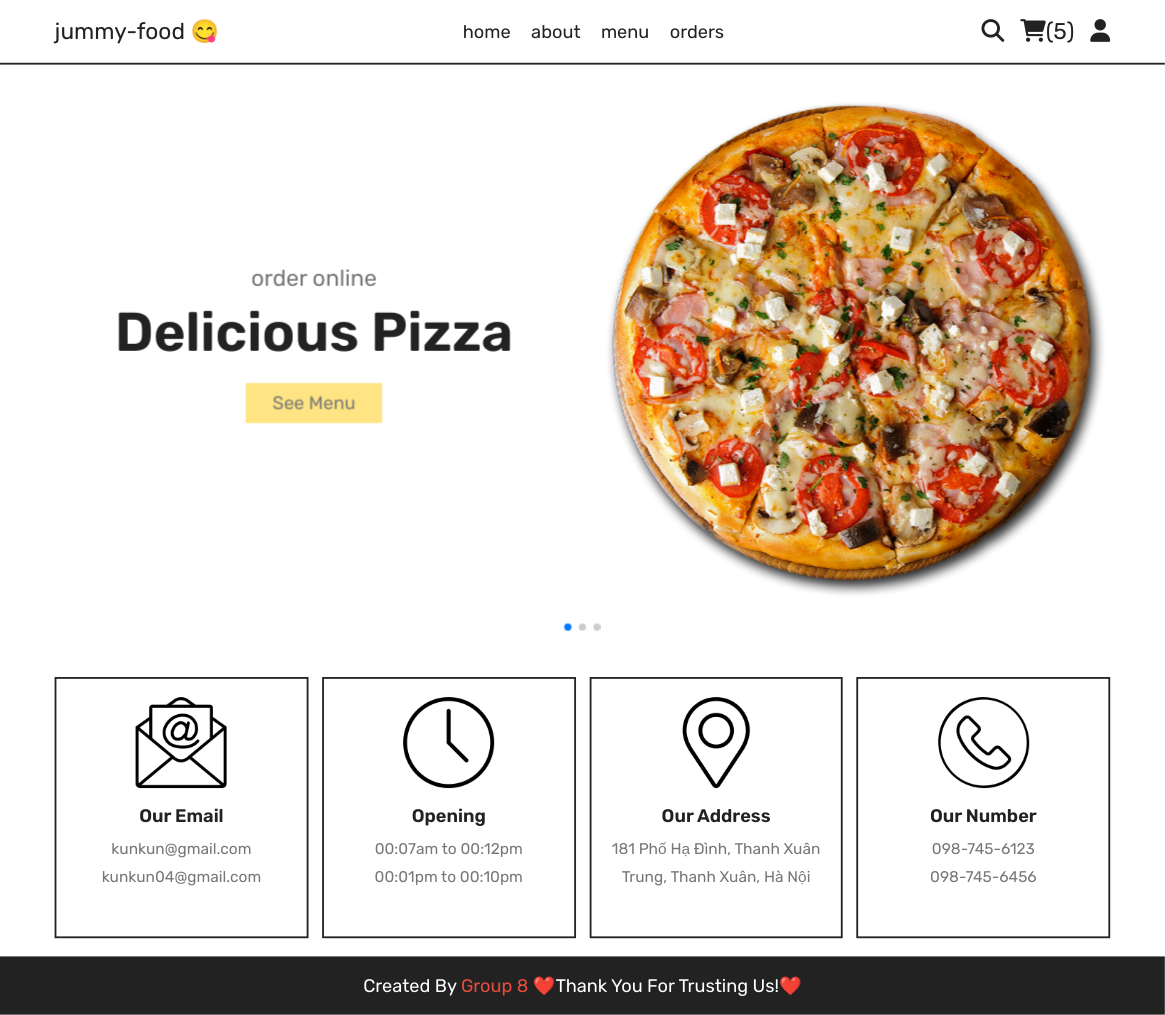
Repository: VuongLinhDinh/jummy_food
Page: home.html
An editor plug-in stored every save of this project. The page is shown before and after the next save, followed by the edit.
The browser window is 1280 px wide. The pictures show the whole page, at 91% of full size.
Some web libraries are served in a nearby version.

Above is the page before, as saved 2023-11-07 17:04:22.

### home.html
<!DOCTYPE html>
<html lang="en">
<head>
    <meta charset="UTF-8">
    <meta name="viewport" content="width=device-width, initial-scale=1.0">
    <title>Home</title>
    <link rel="stylesheet" href="https://cdn.jsdelivr.net/npm/swiper@11/swiper-bundle.min.css"/>
    <!-- font awesome cdn link -->
    <link rel="stylesheet" href="https://cdnjs.cloudflare.com/ajax/libs/font-awesome/6.1.1/css/all.min.css">
    <!-- custom css -->
    <link rel="stylesheet" href="./css/style.css">
</head>
<body>
    <!-- header section starts  -->
    <header class="header">
        <section class="flex">
            <a href="home.html" class="logo">jummy-food 😋</a>
            <nav class="navbar">
                <a href="home.html">home</a>
                <a href="about.html">about</a>
                <a href="menu.html">menu</a>
                <a href="orders.html">orders</a>
            </nav>
            <div class="icons">
                <a href="search.html"><i class="fas fa-search"></i></a>
                <a href="cart.html"><i class="fas fa-shopping-cart"></i><span>(5)</span></a>
                <div id="user-btn" class="fas fa-user"></div>
                <div id="menu-btn" class="fas fa-bars"></div>
            </div>
            <div class="profile">
                <p class="name">Kun Aquero</p>
                <div class="flex">
                    <a href="profile.html" class="btn">profile</a>
                    <a href="#" class="delete-btn">logout</a>
                </div>
                <p class="account"><a href="login.html">login</a> or <a href="login.html">register</a></p>
            </div>
        </section>
    </header>
    <!-- header section end  -->

    <!-- hero section starts  -->
    <section class="hero">
      <div class="swiper mySwiper hero-slider">
        <div class="swiper-wrapper">
            <div class="swiper-slide slide">
                <div class="content">
                    <span>order online</span>
                    <h3>delicious pizza</h3>
                    <a href="menu.html" class="btn">See Menu</a>
                </div>
                <div class="image">
                    <img src="./images/home-img-1.png" alt="">
                </div>
            </div>

            <div class="swiper-slide slide">
                <div class="content">
                    <span>order online</span>
                    <h3>chezzy hamburger</h3>
                    <a href="menu.html" class="btn">See Menu</a>
                </div>
                <div class="image">
                    <img src="./images/home-img-2.png" alt="">
                </div>
            </div>

            <div class="swiper-slide slide">
                <div class="content">
                    <span>order online</span>
                    <h3>rosted chicken</h3>
                    <a href="menu.html" class="btn">See Menu</a>
                </div>
                <div class="image">
                    <img src="./images/home-img-3.png" alt="">
                </div>
            </div>
        </div>
        <div class="swiper-pagination"></div>
      </div>
    </section>
    <!-- hero section end  -->

    <!-- footer section starts  -->
    <footer class="footer">
        <section class="grid">
            <div class="box">
                <img src="images/email-icon.png" alt="">
                <h3>our email</h3>
                <a href="mailto:kunkun@gmail.com">kunkun@gmail.com</a>
                <a href="mailto:kun04@gmail.com">kunkun04@gmail.com</a>
            </div>

            <div class="box">
                <img src="images/clock-icon.png" alt="">
                <h3>opening</h3>
                <p>
                    00:07am to 00:12pm
                    00:01pm to 00:10pm
                </p>
            </div>

            <div class="box">
                <img src="images/map-icon.png" alt="">
                <h3>our address</h3>
                <a href="https://www.google.com/maps/place/181+P.+H%E1%BA%A1+%C4%90%C3%ACnh,+H%E1%BA%A1+%C4%90%C3%ACnh,+Thanh+Xu%C3%A2n,+H%C3%A0+N%E1%BB%99i,+Vi%E1%BB%87t+Nam/@20.9891313,105.8056888,17z/data=!3m1!4b1!4m5!3m4!1s0x3135ac952468595f:0xd4c0347109838030!8m2!3d20.9891263!4d105.8082691?hl=vi-VN&entry=ttu">181 Phố Hạ Đình, Thanh Xuân Trung, Thanh Xuân, Hà Nội</a>
            </div>

            <div class="box">
                <img src="images/phone-icon.png" alt="">
                <h3>our number</h3>
                <a href="tel:0987456123">098-745-6123</a>
                <a href="tel:0987456456">098-745-6456</a>
            </div>
        </section>
        <div class="credit">created by <span>group 8</span> ❤️Thank you for trusting us!❤️</div>
    </footer>
    <!-- footer section end  -->
    <script src="https://cdn.jsdelivr.net/npm/swiper@11/swiper-bundle.min.js"></script>
    <script>
        var swiper = new Swiper(".hero-slider", {
            loop:true,
            effect: "flip",
            grabCursor: true,
            pagination: {
                el: ".swiper-pagination",
                Clipboard: true,
            },
        });
    </script>
    <!-- custom js file -->
    <script src="./js/script.js"></script>
</body>
</html>

### css/style.css
@import url('https://fonts.googleapis.com/css2?family=Nunito:wght@200;300;400;600;700&family=Rubik:wght@300;400;500;600&display=swap');
:root {
    --yellow: #fed330;
    --red: #e74c3c;
    --white: #fff;
    --black: #222;
    --light-color: #777;
    --border: .2rem solid var(--black);
}
*{
    font-family: 'Rubik', sans-serif;
    margin: 0; padding: 0;
    box-sizing: border-box;
    outline: none; border: none;
    text-decoration: none;
}
*::selection {
    background-color: var(--yellow);
    color: var(--white);
}
::-webkit-scrollbar {
    height: 0.5rem;
    width: 1rem;
}
::-webkit-scrollbar-track {
    background-color: transparent;
}
::-webkit-scrollbar-thumb {
    background-color: var(--yellow);
}
html {
    font-size:  62.5%;
    overflow-x: hidden;
    scroll-behavior: smooth;
    stop-opacity: 7rem;
}
section {
    margin: 0 auto;
    max-width: 1200px;
    padding: 2rem;
}
.btn, .delete-btn {
    margin-top: 1rem;
    display: inline-block;
    font-size: 2rem;
    padding: 1rem 3rem;
    opacity: .6;
    cursor: pointer;
}
.btn:hover, .delete-btn:hover {
    /* letter-spacing: .2rem; */
    transition:  .2s linear;
    opacity: 1;
}
.btn {
    background-color: var(--yellow);
    color: var(--black);
}
.delete-btn {
    background-color: var(--red);
    color: var(--white);
}
.header {
    position: sticky;
    top: 0; left: 0; right: 0;
    z-index: 1000;
    background-color: var(--white);
    border-bottom: var(--border);
}
.header .flex {
    display: flex;
    align-items: center;
    justify-content: space-between;
    position: relative;
}
.header .flex .logo {
    font-size: 2.5rem;
    color: var(--black);
}
.header .flex .navbar a {
    font-size: 2rem;
    color: var(--black);
    margin: 0 1rem;

}
.header .flex .navbar a:hover {
    color: var(--yellow);
    text-decoration: underline;
}
.header .flex .icons > * {
    margin-left: 1.5rem;
    font-size: 2.5rem;
    color: var(--black);
    cursor: pointer;
}
.header .flex .icons > *:hover {
    color: var(--yellow);
}
#menu-btn {
    display: none;
}
.header .flex .profile {
    background-color: var(--white);
    border: var(--border);
    padding: 1.5rem;
    text-align: center;
    position: absolute;
    top: 125%; right: 2rem;
    width: 30rem;
    display: none;
    animation: fadeIn .2s linear;
}
.header .flex .profile.active {
    display: block;
}
@keyframes fadeIn {
    0% {
        transform: translateY(1rem);
    }
}
.header .flex .profile .name {
    font-size: 2rem;
    color: var(--black);
    margin-bottom: 1rem;
}
.header .flex .profile .account {
    margin-top: 1rem;
    font-size: 2rem;
    color: var(--light-color);
}
.header .flex .profile .account a {
    color: var(--black);
}
.header .flex .profile .account a:hover {
    color: var(--yellow);
    text-decoration: underline;
}
.hero .slide {
    display: flex;
    align-items: center;
    flex-wrap: wrap;
    gap: 2rem;
}
.hero .slide .image {
    flex: 1 1 40rem;
}
.hero .slide .image img {
    width: 100%;
}
.hero .slide .content {
    flex: 1 1 40rem;
    text-align: center;
}
.hero .slide .content span {
    font-size: 2.5rem;
    color: var(--light-color);
}
.hero .slide .content h3 {
    margin: 1rem 0;
    font-size: 6rem;
    color: var(--black);
    text-transform: capitalize;
}
.swiper-pagination-bullets-active {
    background-color: var(--yellow);
}











































.footer .grid {
    display: grid;
    grid-template-columns: repeat(auto-fit, minmax(27rem, 1fr));
    gap: 1.5rem;
    align-items: flex-start;
}
.footer .grid .box {
    border: var(--border);
    padding: 2rem;
    padding-bottom: 5rem;
    text-align: center;
}
.footer .grid .box img {
    height: 10rem;
    width: 100%;
    object-fit: contain;
    margin-bottom: .5rem;
}
.footer .grid .box h3 {
    margin: 1rem 0;
    font-size: 2rem;
    color: var(--black);
    text-transform: capitalize;
}
.footer .grid .box p,
.footer .grid .box a {
    display: block;
    font-size: 1.7rem;
    color: var(--light-color);
    line-height: 1.8;
}
.footer .grid .box a:hover {
    text-decoration: underline;
}
.credit {
    padding: 2rem;
    text-align: center;
    background-color: var(--black);
    color: var(--white);
    font-size: 2rem;
    text-transform: capitalize;
}
.credit span {
    color: var(--red);

}

/* media query  */
@media (max-width: 991px) {
    html {
        font-size: 55%;
    }
}
@media (max-width: 768px) {
    #menu-btn {
        display: inline-block;
    }
    .header .flex .navbar {
        position: absolute;
        top: 99%; left: 0; right: 0;
        border-top: var(--border);
        border-bottom: var(--border);
        background-color: var(--white);
        transition:  .2s linear;
        clip-path: polygon(0 0, 100% 0, 100% 0, 0 0);
    }
    .header .flex .navbar a {
        display: block;
        margin: 2rem;
    }
    .header .flex .navbar.active {
        clip-path: polygon(0 0, 100% 0, 100% 100%, 0 100%);
    }
}
@media (max-width: 450px) {
    html {
        font-size: 50%;
    }
    .header .flex .logo {
        font-size: 2rem;

    }
}

### js/script.js
navbar = document.querySelector('.header .flex .navbar');
document.querySelector('#menu-btn').onclick = () => {
    navbar.classList.toggle('active');
    profile.classList.remove('active');
}
profile = document.querySelector('.header .flex .profile');
document.querySelector('#user-btn').onclick = () => {
    profile.classList.toggle('active');
    navbar.classList.remove('active');
}
window.onscroll = () => {
    navbar.classList.remove('active');
    profile.classList.remove('active');
}

After the next save:
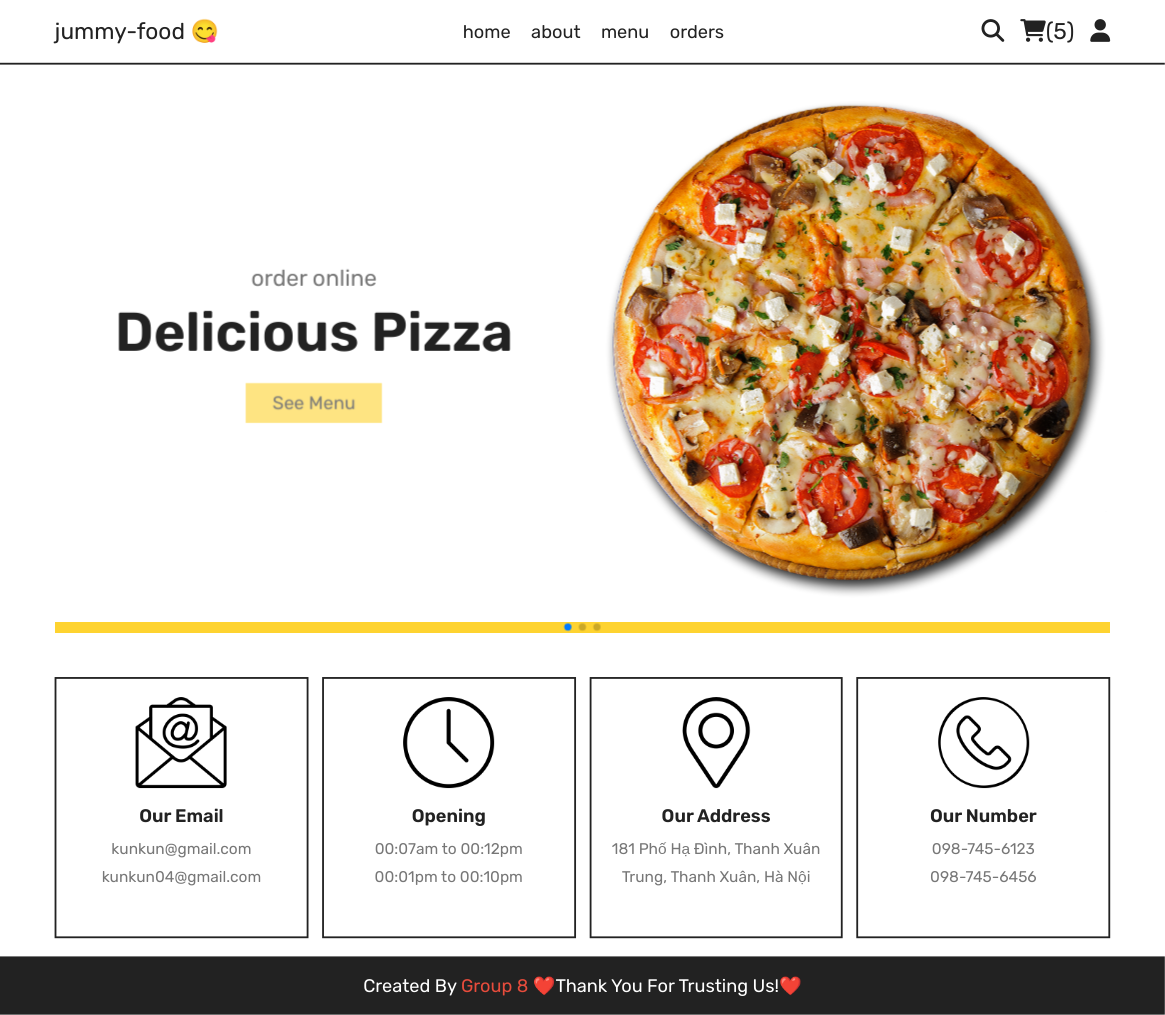
Saved 8 s later.
--- a/css/style.css
+++ b/css/style.css
@@ -161,7 +161,7 @@ section {
     color: var(--black);
     text-transform: capitalize;
 }
-.swiper-pagination-bullets-active {
+.swiper-pagination-bullets {
     background-color: var(--yellow);
 }
 
